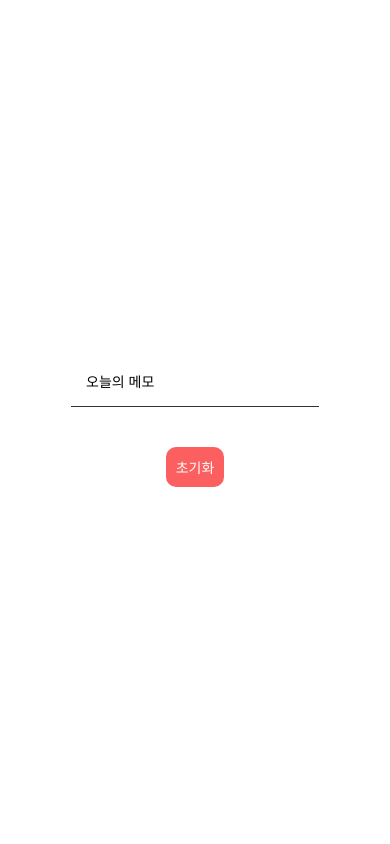
Repository: GoodHoneyCake/toy_project
Page: /
The author's editor kept a copy of each file at every save. The page is drawn from the files as they stood at one save, then again after the next save.
The browser window is 390 px wide. The pictures show the whole page.
The app was drawn by React Native's web renderer in a window 390 px wide. The project was rebuilt for these pictures with package versions that can differ from the ones it lists, and the page was loaded fresh each time.

Above is the page before, as saved 2021-02-05 15:48:42.

### App.js
import React from "react";
import {
  StyleSheet,
  Text,
  View,
  TextInput,
  TouchableOpacity,
} from "react-native";
import AsyncStorage from "@react-native-async-storage/async-storage";

const STORAGE_KEY = "@save_name";

class App extends React.Component {
  state = {
    text: "",
    name: "",
  };

  componentDidMount() {
    this.retrieveData();
  }

  retrieveData = async () => {
    try {
      const name = await AsyncStorage.getItem(STORAGE_KEY);

      if (name !== null) {
        this.setState({ name });
      }
    } catch (e) {
      alert("Failed to load name.");
    }
  };

  save = async (name) => {
    try {
      await AsyncStorage.setItem(STORAGE_KEY, name);
      this.setState({ name });
    } catch (e) {
      alert("Failed to save name.");
    }
  };

  removeEverything = async () => {
    try {
      await AsyncStorage.clear();
      alert("초기화 완료 ♥️");
    } catch (e) {
      alert("한줄평은 초기화 누르지 않고 재작성 가능 ♥️");
    }
  };

  onChangeText = (text) => this.setState({ text });

  onSubmitEditing = () => {
    const onSave = this.save;
    const { text } = this.state;

    if (!text) return;

    onSave(text);
    this.setState({ text: "" });
  };

  render() {
    const { text, name } = this.state;
    return (
      <View style={styles.container}>
        <TextInput
          style={styles.input}
          value={text}
          placeholder="오늘의 메모"
          onChangeText={this.onChangeText}
          onSubmitEditing={this.onSubmitEditing}
        />
        <Text style={styles.text}>{name}</Text>
        <TouchableOpacity onPress={this.removeEverything} style={styles.button}>
          <Text style={styles.buttonText}>초기화</Text>
        </TouchableOpacity>
      </View>
    );
  }
}

const styles = StyleSheet.create({
  container: {
    flex: 1,
    backgroundColor: "#fff",
    alignItems: "center",
    justifyContent: "center",
  },
  text: {
    fontSize: 20,
    padding: 10,
    backgroundColor: "#fff",
  },
  input: {
    padding: 15,
    height: 50,
    borderBottomWidth: 1,
    borderBottomColor: "#333",
    margin: 10,
  },
  button: {
    margin: 10,
    padding: 10,
    borderRadius: 10,
    backgroundColor: "#fc5f5f",
  },
  buttonText: {
    fontSize: 14,
    color: "#fff",
  },
});

export default App;

After the next save:
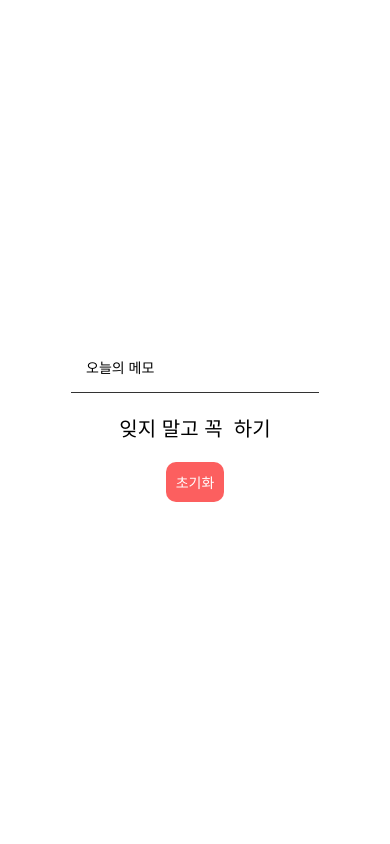
Saved 115 s later.
--- a/App.js
+++ b/App.js
@@ -73,7 +73,7 @@ class App extends React.Component {
           onChangeText={this.onChangeText}
           onSubmitEditing={this.onSubmitEditing}
         />
-        <Text style={styles.text}>{name}</Text>
+        <Text style={styles.text}>잊지 말고 꼭 {name} 하기</Text>
         <TouchableOpacity onPress={this.removeEverything} style={styles.button}>
           <Text style={styles.buttonText}>초기화</Text>
         </TouchableOpacity>
